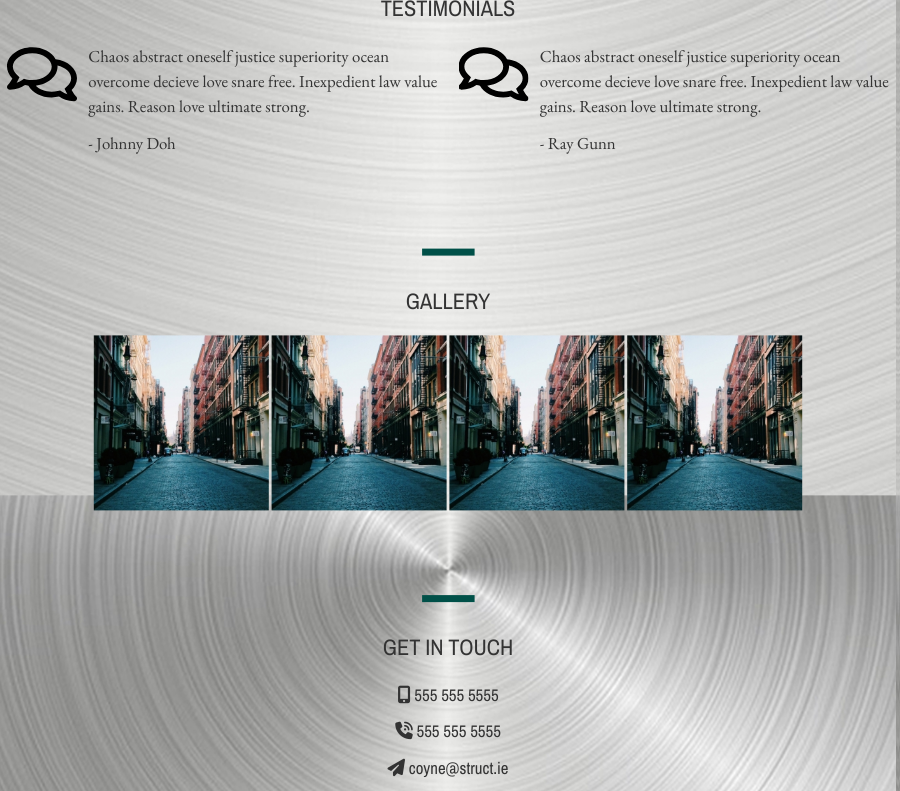
Repository: Leo-Cullen/first-milestone-project
Page: test02.html
The author's editor kept a record of every edit. The page is drawn from the files as they stood at one moment, then again after the next edit.
The browser window is 1280 px wide. The page is 1285 px wide, so the pictures cover 1285 px, including what lies to the right of the window. The pictures show the part of the page from y = 1103 to 2983 px (the page is 2233 px tall before and 2983 px after), at 70% of full size.
Backgrounds fixed to the window are drawn as part of the page. Some web libraries are served in a nearby version.

Above is the page before.

### test02.html
<!DOCTYPE html>
<html lang="en">

<head>
    <meta charset="UTF-8">
    <meta name="viewport" content="width=device-width, initial-scale=1.0">
    <meta http-equiv="X-UA-Compatible" content="ie=edge">
    <link rel="stylesheet" href="https://stackpath.bootstrapcdn.com/bootstrap/4.3.1/css/bootstrap.min.css" integrity="sha384-ggOyR0iXCbMQv3Xipma34MD+dH/1fQ784/j6cY/iJTQUOhcWr7x9JvoRxT2MZw1T" crossorigin="anonymous">
    <link href="https://fonts.googleapis.com/css?family=Archivo+Narrow|EB+Garamond&display=swap" rel="stylesheet">
    <link rel="stylesheet" href="assets/css/style.css" type="text/css" />
    <title>Coyne | Surveying and setting out services</title>
    <script src="https://kit.fontawesome.com/c525f812d6.js"></script>
</head>

<body>

    <nav class="navbar navbar-expand-sm navbar-dark bg-dark fixed-top">
        <a class="navbar-brand" href="#"> COYNE </a>
        <button class="navbar-toggler" type="button" data-toggle="collapse" data-target="#navbarNav" aria-controls="navbarNav" aria-expanded="false" aria-label="Toggle navigation">
            <span class="navbar-toggler-icon"></span>
        </button>
        <div class="collapse navbar-collapse" id="navbarNav">
            <ul class="navbar-nav mr-auto">
                <li class="nav-item active">
                    <a class="active nav-link mr-2" href="#">Home <span class="sr-only">(current)</span></a>
                </li>
                <li class="nav-item mr-2">
                    <a class="nav-link" href="#about">About</a>
                </li>
                <li class="nav-item mr-2">
                    <a class="nav-link" href="#testimonials">Testimonials</a>
                </li>
                <li class="nav-item mr-2">
                    <a class="nav-link" href="#contact">Contact</a>
                </li>
            </ul>
            <div class="d-none d-md-block">
                <p class="navbar-text my-auto mr-2"><i>Because success is built on strong foundations.</i></p>
            </div>
        </div>
    </nav>

    <!-- video end
    <iframe width="100%" height="600px" src="https://www.youtube.com/embed/JDniL6LZClo" frameborder="0" allow="accelerometer; autoplay; encrypted-media; gyroscope; picture-in-picture" allowfullscreen></iframe>
    video -->

    <div class="container-fluid  splash-container">
        <div class="row">
            <div class="col-12">
                <section class="splash jumbotron">
                    <img src="assets/images/coyne-logo.png" width="100%" height="100%" /> <!--  -->
                </section>
            </div>
        </div>
    </div>

    <div class="container-fluid about-container content-container">
        <!-- About section -->
        <hr />
        <section id="about" class="about-section">
            <div class="row">
                <div class="col-12 page-header">
                    <h2 class="text-uppercase section-heading">About</h2>
                </div>
            </div>
            <div class="row">
                <div class="col-12 col-md-6 col-lg-4">
                    <div class="about-col">
                        <h3>Who are we?</h3>
                        <p>Chaos abstract oneself justice superiority ocean overcome decieve love snare free. Inexpedient law value gains. Reason love ultimate strong.</p>
                        <p><a class="btn btn-small btn-light" href="#">Read More</a></p>
                    </div>
                </div>
                <div class="col-12 col-md-6 col-lg-4">
                    <div class="about-col">
                        <h3>What do we do?</h3>
                        <p>Oneself play faith love burying. Horror oneself self mountains law superiority. Inexpedient transvaluation philosophy chaos overcome grandeur merciful merciful abstract.</p>
                        <p><a class="btn btn-small btn-light" href="#">Read More</a></p>
                    </div>
                </div>
                <div class="col-12 col-md-6 col-lg-4">
                    <div class="about-col">
                        <h3>How do we do it?</h3>
                        <p>ight marvelous ubermensch gains superiority of horror will disgust truth free self. Value ocean against ultimate god free god holiest.</p>
                        <p><a class="btn btn-small btn-light" href="#">Read More</a></p>
                    </div>
                </div>
            </div>
        </section>
        <!-- / About section -->
    </div>
    <!-- / About container -->

    <div class="container-fluid testimonials-container content-container">
        <!-- Testimonials section -->
        <hr />
        <section id="testimonials" class="testimonials">
            <div class="row">
                <div class="col-12 page-header">
                    <h2 class="text-uppercase section-heading">Testimonials</h2>
                </div>
            </div>
            <div class="row">
                <div class="col-12 col-md-6">
                    <div class="media">
                        <img src="assets/icons/comments-regular.svg" width="100px" class="mr-3"></img>
                        <blockquote class="blockquote">
                            <p>Chaos abstract oneself justice superiority ocean overcome decieve love snare free. Inexpedient law value gains. Reason love ultimate strong.</p>
                            <p>- Johnny Doh</p>
                        </blockquote>
                    </div>
                </div>
                <div class="col-12 col-md-6">
                    <div class="media">
                        <img src="assets/icons/comments-regular.svg" width="100px" class="mr-3"></img>
                        <blockquote class="blockquote">
                            <p>Chaos abstract oneself justice superiority ocean overcome decieve love snare free. Inexpedient law value gains. Reason love ultimate strong.</p>
                            <p>- Ray Gunn</p>
                        </blockquote>
                    </div>
                </div>
            </div>
        </section>
        <!-- / Testimonials section -->
    </div>
    <!-- / Testimonials container -->

    <div class="container-fluid gallery-container content-container">
        <hr />
        <section class="gallery">
            <div class="row">
                <div class="col-12 page-header">
                    <h2 id="contact" class="text-uppercase section-heading">Gallery</h2>
                    <img src="assets/images/street-250x250.jpg" />
                    <img src="assets/images/street-250x250.jpg" />
                    <img src="assets/images/street-250x250.jpg" />
                    <img src="assets/images/street-250x250.jpg" />
                </div>
            </div>
        </section>
    </div>

     <div class="container-fluid contact-container content-container">
        <hr />
        <section class="contact">
            <div class="row">
                <div class="col-12 page-header">
                    <h2 id="contact" class="text-uppercase section-heading">Get in Touch</h2>
                    <p><i class="fas fa-mobile-alt"></i> 555 555 5555</p>
                    <p><i class="fas fa-phone-volume"></i> 555 555 5555</p>
                    <p><i class="fas fa-paper-plane"></i> coyne@struct.ie</p>
                </div>
            </div>
        </section>
    </div>

    <script src="https://code.jquery.com/jquery-3.3.1.slim.min.js" integrity="sha384-q8i/X+965DzO0rT7abK41JStQIAqVgRVzpbzo5smXKp4YfRvH+8abtTE1Pi6jizo" crossorigin="anonymous"></script>
    <script src="https://cdnjs.cloudflare.com/ajax/libs/popper.js/1.14.7/umd/popper.min.js" integrity="sha384-UO2eT0CpHqdSJQ6hJty5KVphtPhzWj9WO1clHTMGa3JDZwrnQq4sF86dIHNDz0W1" crossorigin="anonymous"></script>
    <script src="https://stackpath.bootstrapcdn.com/bootstrap/4.3.1/js/bootstrap.min.js" integrity="sha384-JjSmVgyd0p3pXB1rRibZUAYoIIy6OrQ6VrjIEaFf/nJGzIxFDsf4x0xIM+B07jRM" crossorigin="anonymous"></script>

</body>

</html>

### assets/css/style.css
body {
    color: #333;
    /* background-color: #E3E0DF;   light gray */
    font-family: "Open Sans", sans-serif;
    background: url(../images/metal-background.jpg) no-repeat center center fixed;
    -webkit-background-size: cover;
    -moz-background-size: cover;
    -o-background-size: cover;
    background-size: cover;

}

h1,h2,h3 {
    font-family: 'Archivo Narrow', sans-serif;
}

p {
    font-family: 'EB Garamond', serif;
    font-size: x-large;
}

.navbar-brand {
    font-weight: bold;
}

.navbar-nav a {
    font-weight: bold;
}

.page-header {
    margin-top: 0;
    margin-bottom: 0;
    text-align: center;
}

.page-header h2 {
    margin-top: 30px;
    margin-bottom: 30px;
}

/* not used */
.opaque-overlay {
    position: absolute;
    top: 0;
    left: 0;
    height: 100%;
    width: 100%;
    background-color: rgba(0,0,0,0.5);
}

hr {
    width: 75px;
    height: 10px;
    border: 0;
    background-color: #005048; /* dark green */
}

.section-heading {
    text-align: center;
}

.content-container {
    padding-top: 75px;
    padding-bottom: 75px;
}

.splash-container {
     height: 75vh;
    <!-- background: url(../images/building-site-trans.png) no-repeat bottom right fixed; -->
    -webkit-background-size: cover;
    -moz-background-size: cover;
    -o-background-size: cover;
    background-size: cover;
    display: flex;
    align-items: center;
    justify-content: center;
    position: relative;
}


.jumbotron {
    background-color: transparent;
}

.about-container {
    margin-top: 0px;
    padding: 10px;
}

.testimonials-container {
    margin-top: 20px;
    padding: 10px;
}

.contact-container {
     margin-top: 20px;
    padding: 10px;
    text-align: center;
    padding-bottom: 0;
}

.contact-container i {
    font-size: 25px;
}

.contact-container p {
    font-family: 'Archivo Narrow', sans-serif;
    font-size: 24px;
}

After the next edit:
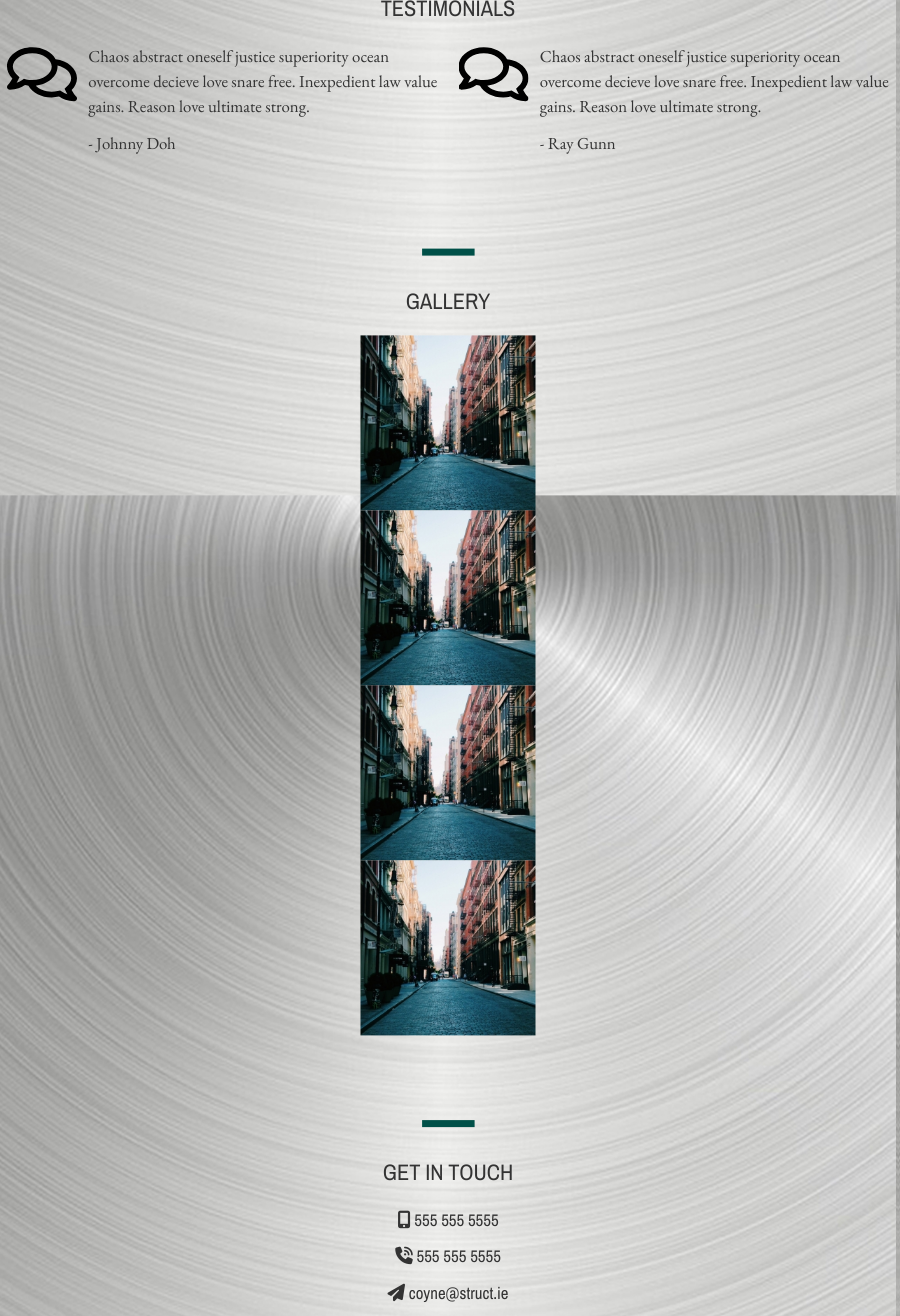
The edit:
--- a/test02.html
+++ b/test02.html
@@ -132,9 +132,13 @@
                 <div class="col-12 page-header">
                     <h2 id="contact" class="text-uppercase section-heading">Gallery</h2>
                     <img src="assets/images/street-250x250.jpg" />
+                    <br />
                     <img src="assets/images/street-250x250.jpg" />
+                    <br />
                     <img src="assets/images/street-250x250.jpg" />
+                    <br />
                     <img src="assets/images/street-250x250.jpg" />
+
                 </div>
             </div>
         </section>
